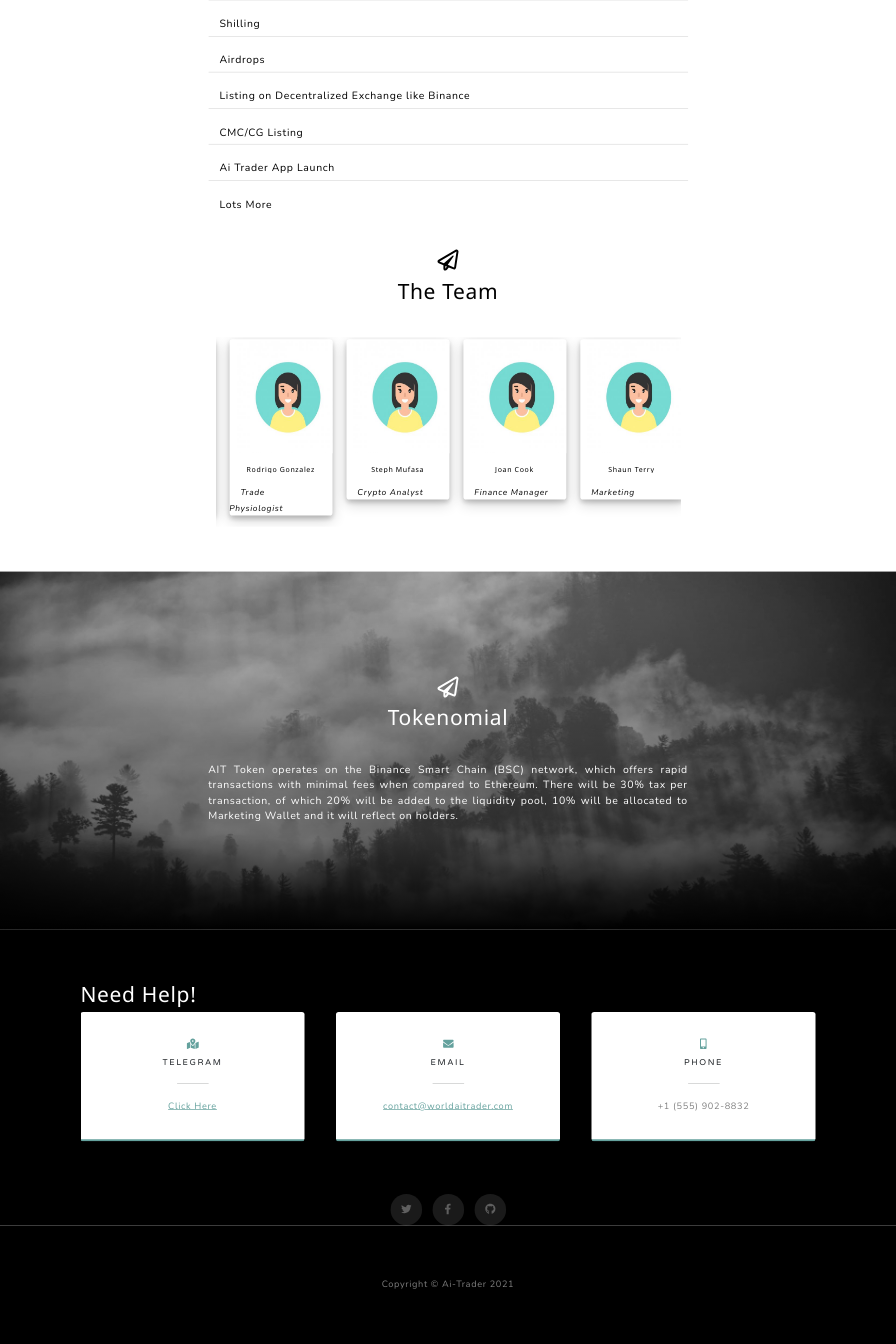
Repository: seyicoded/ico_one
Page: index.html
The author's editor kept a copy of each file at every save. The page is drawn from the files as they stood at one save, then again after the next save.
The browser window is 1280 px wide. The pictures show the part of the page from y = 3332 to 5252 px (the page is 5252 px tall before and 5230 px after), at 70% of full size.

Above is the page before, as saved 2022-03-06 17:08:49.

After the next save:
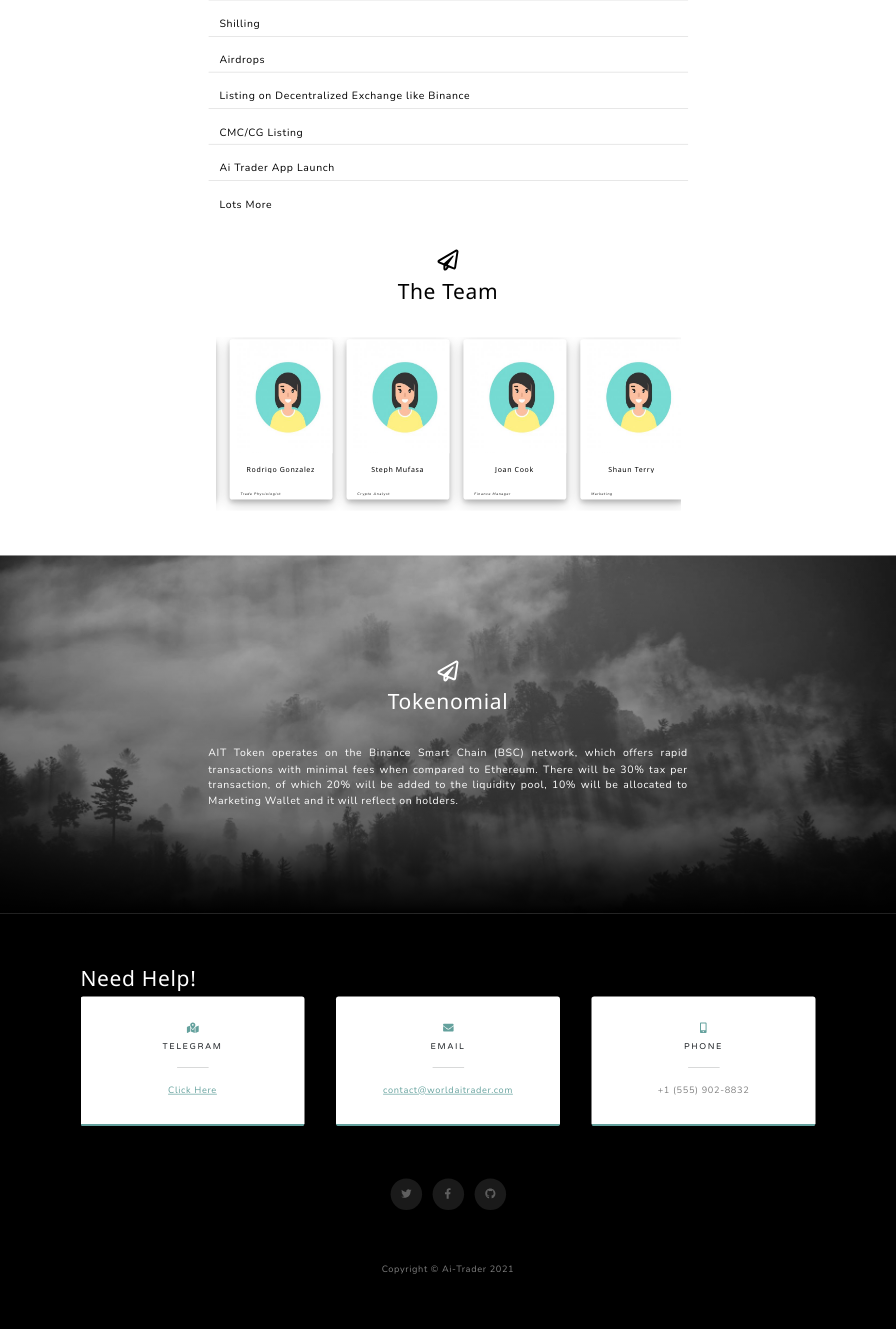
Saved 33 s later.
--- a/index.html
+++ b/index.html
@@ -75,7 +75,7 @@
             }
 
             .slick small{
-                font-size: 8px;
+                font-size: 5px !important;
             }
 
             .slick img{
